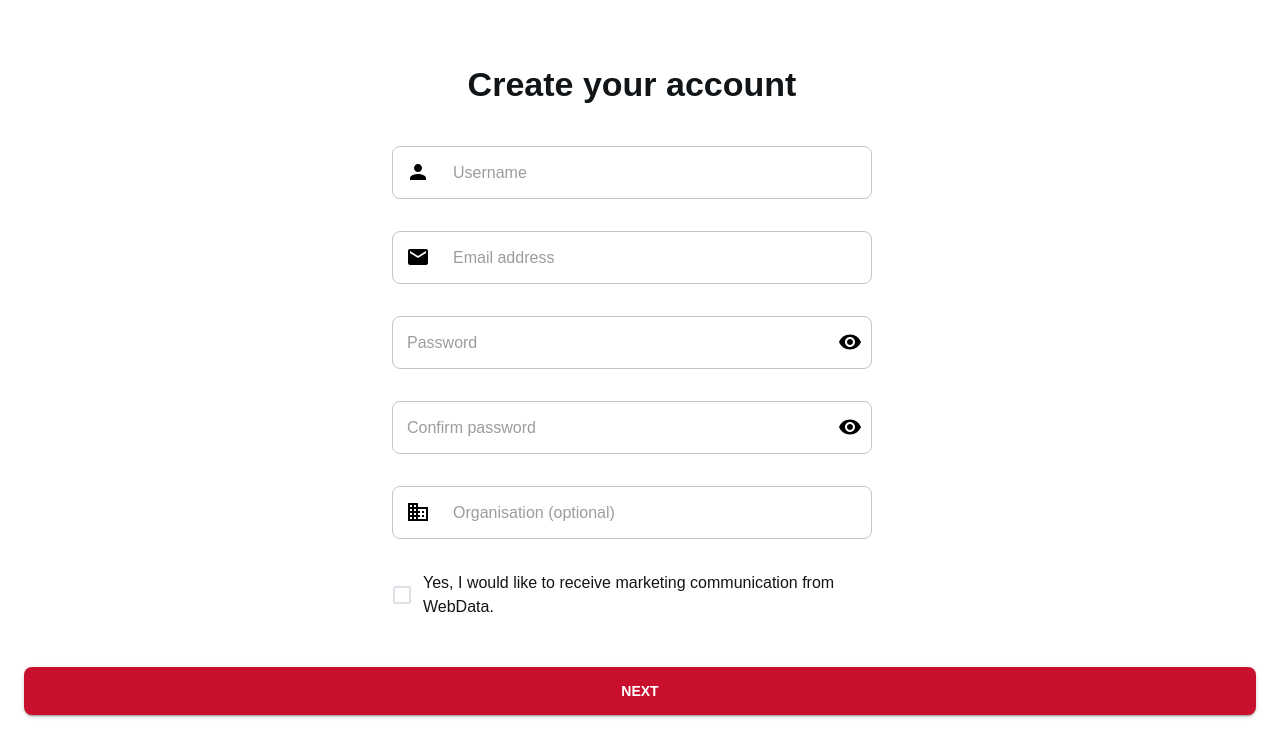
Repository: Pascal-Ahmadu/Tender-download-system
Page: /register (app in frontend/)
An editor plug-in stored every save of this project. The page is shown before and after the next save, followed by the edit.
The browser window is 1280 px wide. The pictures show the whole page.
The page's requests for data from a server got no answer. Some web fonts or font styles are not loaded; a fallback is used. The project was rebuilt for these pictures with package versions that can differ from the ones it lists, and the page was loaded fresh each time. No one was signed in, and anything a server would have sent is missing. Also part of the build but not shown: frontend/vite.config.js, frontend/src/components/pages/LoginPage.jsx.

Above is the page before, as saved 2024-07-31 08:11:05.

After the next save:
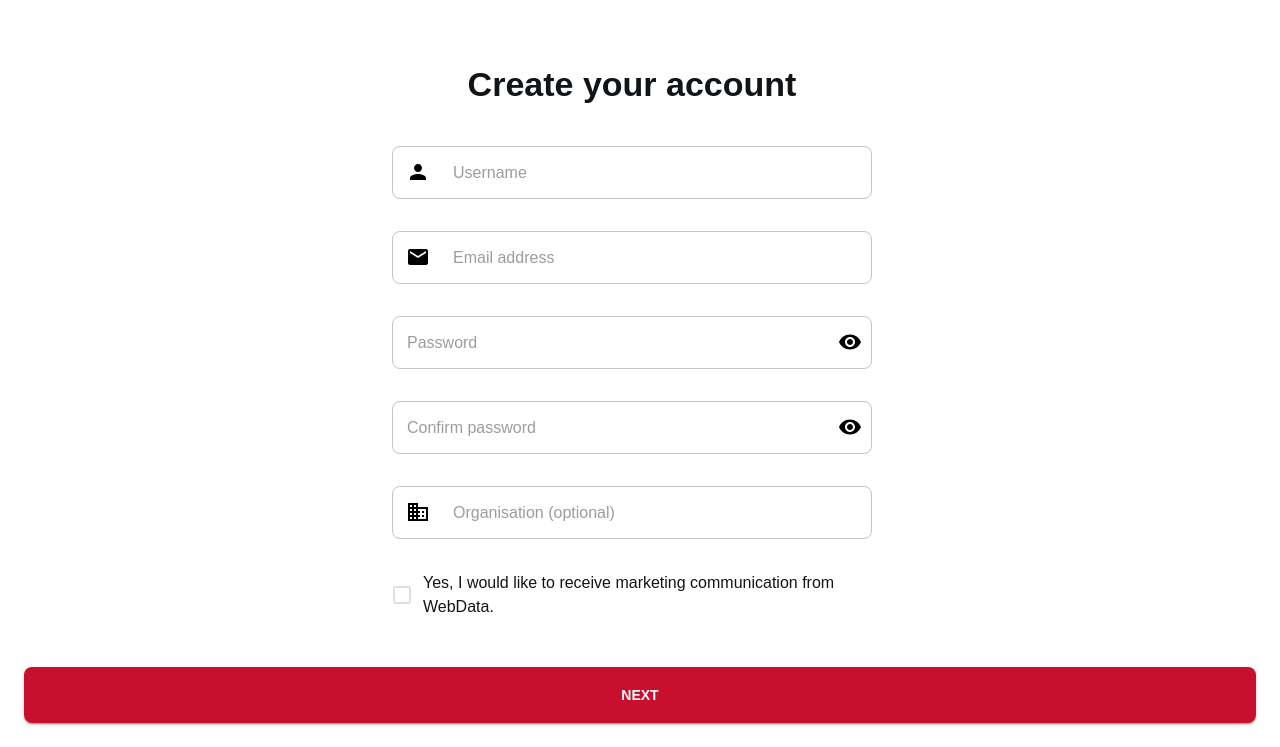
Saved 98 s later.
--- a/frontend/src/components/pages/RegistrationPage.jsx
+++ b/frontend/src/components/pages/RegistrationPage.jsx
@@ -373,6 +373,7 @@ function SignupForm() {
             fontWeight: "bold",
             borderRadius: 2,
             py: 1.5, // Adjust vertical padding for height
+            height: 56, // Match the height of text fields
             "&:hover": {
               bgcolor: "#a50f1d", // Slightly darker on hover
             },
